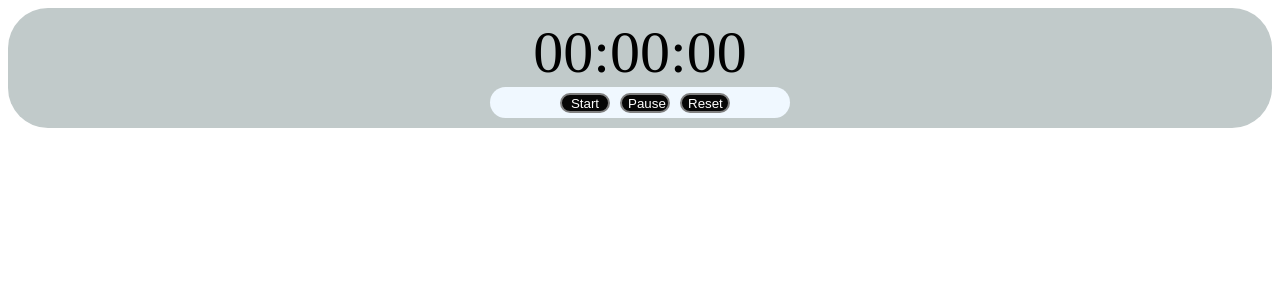
Repository: albinsabu2023/Stopwatch-program
Page: index.html
An editor plug-in stored every save of this project. The page is shown before and after the next save, followed by the edit.
The browser window is 1280 px wide. The pictures show the whole page.
The pointer rests on the first visible `#start`.

Above is the page before, as saved 2023-03-03 23:18:57.

After the next save:
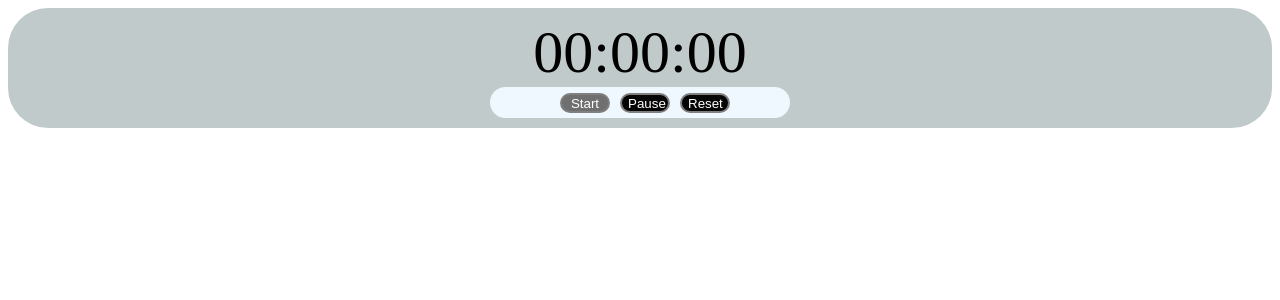
Saved 4 s later.
--- a/style.css
+++ b/style.css
@@ -34,7 +34,7 @@
 #reset:hover,
 #pause:hover {
 
-    background-color: rgb(6, 6, 6);
+    background-color: rgb(112, 111, 111);
     height: 20px;
     width: 50px;
     color: white;
